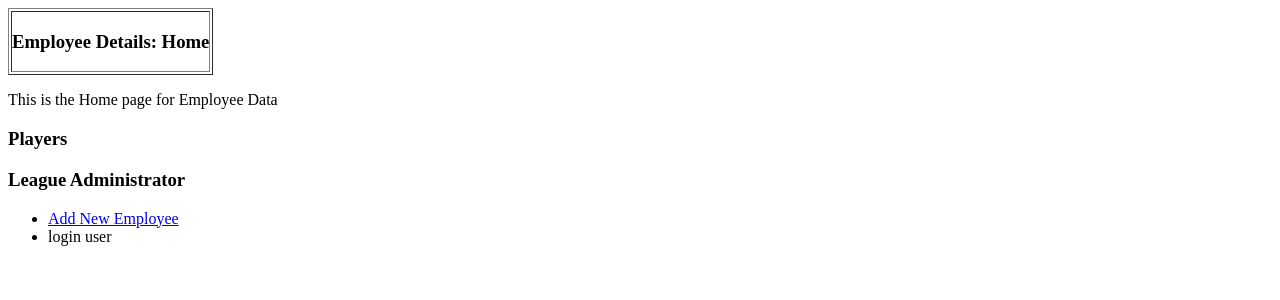
Repository: Kinjaljain047/ibm-fsd-000ggc
Page: eclipse-workspace/Employee_28th_08/WebContent/Home.html
These files come from the project's save history. The page is drawn as it stood at one moment and after the next save; the edit follows.
The browser window is 1280 px wide. The pictures show the whole page.

Above is the page before, as saved 2019-08-28 12:17:54.

After the next save:
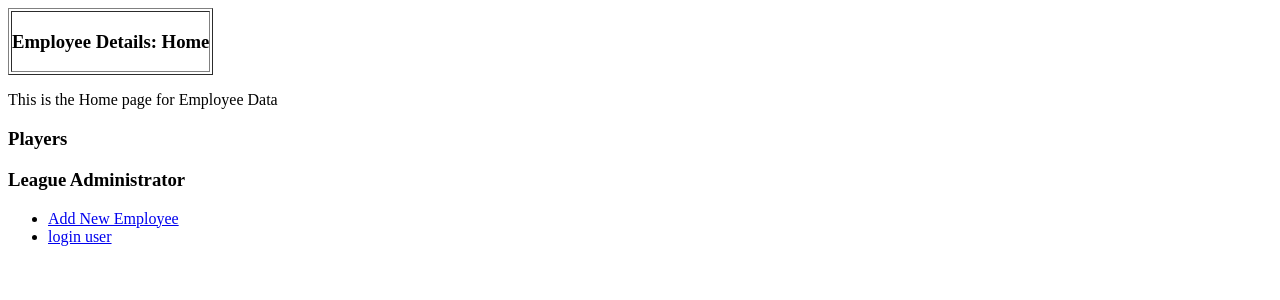
Saved 6 s later.
--- a/eclipse-workspace/Employee_28th_08/WebContent/Home.html
+++ b/eclipse-workspace/Employee_28th_08/WebContent/Home.html
@@ -17,7 +17,7 @@ This is the Home page for Employee Data
 <h3>League Administrator</h3>
 <ul>
 <li> <a href="addemployee_view">Add New Employee</li>
-<li><a hred="login.html">login user</a></li>
+<li><a href="login.html">login user</a></li>
 </ul>
 </body>
 </html>
